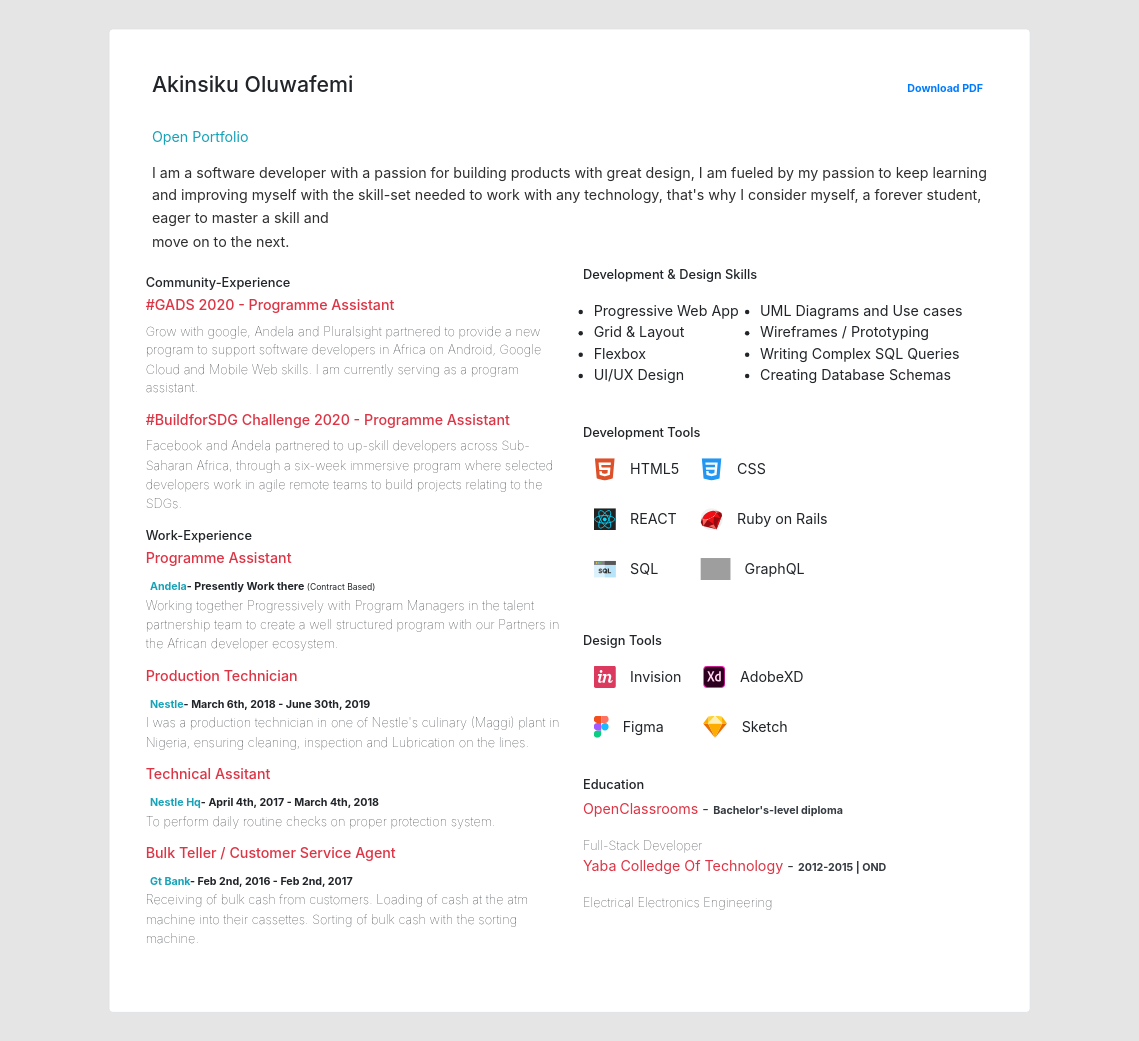
Repository: akinsikuoluwafemi/resume
Page: index.html
An editor plug-in stored every save of this project. The page is shown before and after the next save, followed by the edit.
The browser window is 1280 px wide. The pictures show the whole page, at 89% of full size.
Pictures or frames that could not be fetched are drawn as grey boxes. The style sheet was rebuilt from its Sass, Less or Tailwind sources for each picture, by a compiler version that may differ from the author's.

Above is the page before, as saved 2020-08-26 19:28:30.

### index.html
<!DOCTYPE html>
<html lang="en">

<head>
    <meta charset="UTF-8">
    <meta name="viewport" content="width=device-width, initial-scale=1.0">
    <meta http-equiv="X-UA-Compatible" content="ie=edge">
    <link rel="shortcut icon" type="image/png" href="./images/new-photo.png">

    <link rel="stylesheet" href="https://stackpath.bootstrapcdn.com/bootstrap/4.3.1/css/bootstrap.min.css" integrity="sha384-ggOyR0iXCbMQv3Xipma34MD+dH/1fQ784/j6cY/iJTQUOhcWr7x9JvoRxT2MZw1T"
        crossorigin="anonymous" />
    <link rel="stylesheet" href="./resume.css">

    <title>Akinsiku Oluwafemi - Software Developer</title>
</head>

<body>

   <div class="col-sm-12 col-lg-10 m-auto">
       <!--  -->
        <div class="p-c container border px-3 py-4 px-lg-5 py-lg-5 ">
            <header class="row">
                <div class="col d-flex align-items-center">
                    <h4 class="header__name mr-auto">Akinsiku Oluwafemi</h4>
                    <a href="./images/newresume.pdf" download="Femi_Akinsiku_resume.pdf" class="badge">Download PDF</a>
                </div>
            </header>
            <div class="row mt-4">
                <a href="https://femiakin.com/" target="_blank" class="col text-info">Open Portfolio</a>
            </div>

            <div class="row mt-3">
                <div class="col">
                    <p class="intro">I am a software developer with a passion for building products with great design, I am
                        fueled by my passion to keep learning and improving myself with the skill-set needed to work with
                        any
                        technology,
                        that's why I consider myself, a forever student, eager to master a skill and <br /> move on to the
                        next. </p>
                </div>
            </div>


            <div class="row">

                <div class="col col-lg-6 p-2  ">
                    <div>
                        <h5 class="item__header">Community-Experience</h5>

                        <h6 class="item__job text-danger">#GADS 2020 - Programme Assistant </h6>
                        <p class="item__description">Grow with google, Andela and Pluralsight partnered to provide a new
                            program to support
                            software developers in Africa on Android, Google Cloud and Mobile Web skills. I am currently
                            serving as a
                            program assistant.</p>

                    </div>

                    <div>



                        <h6 class="item__job text-danger">#BuildforSDG Challenge 2020 - Programme Assistant </h6>


                        <p class="item__description">Facebook and Andela partnered to up-skill developers across
                            Sub-Saharan
                            Africa,
                            through a six-week immersive program where selected developers work in agile remote
                            teams to build projects relating to the SDGs.
                        </p>

                    </div>




                    <!-- here -->
                    <div>
                        <h5 class="item__header">Work-Experience</h5>
                        <h6 class="item__job text-danger">Programme Assistant</h6>
                        <span class="badge"><span class="text-info">Andela</span>- Presently Work there <small>(Contract Based)</small></span>
                        <p class="item__description">Working together Progressively with Program Managers in the talent partnership team to create a well structured program with our Partners in the
                        African developer ecosystem.</p>

                    </div>
                    <div>
                        <h6 class="item__job text-danger">Production Technician</h6>
                        <span class="badge"><span class="text-info">Nestle</span>- March 6th, 2018 - June 30th, 2019 </span>
                        <p class="item__description">I was a production technician in one of Nestle's culinary (Maggi)
                            plant in
                            Nigeria,
                            ensuring cleaning, inspection and Lubrication on the lines.</p>

                    </div>
                    <div>
                        <h6 class="item__job text-danger">Technical Assitant</h6>
                        <span class="badge"><span class="text-info">Nestle Hq</span>- April 4th, 2017 - March 4th, 2018</span>
                        <p class="item__description">To perform daily routine checks on proper protection system.
                        </p>

                    </div>
                    <div>
                        <h6 class="item__job text-danger">Bulk Teller / Customer Service Agent</h6>
                        <span class="badge"><span class="text-info">Gt Bank</span>- Feb 2nd, 2016 - Feb 2nd, 2017 </span>
                        <p class="item__description">Receiving of bulk cash from customers.
                            Loading of cash at the atm machine into their cassettes.
                            Sorting of bulk cash with the sorting machine.</p>

                    </div>
                    <!-- here2 -->


                </div>
                <div class="col col-lg-6 ">

                    <div>
                        <h5 class="item__header ">Development & Design Skills</h5>
                        <div class="d-flex ">
                            <ul class="list__item">
                                <li>Progressive Web App</li>
                                <li>Grid & Layout</li>
                                <li>Flexbox</li>
                                <li>UI/UX Design</li>


                            </ul>
                            <ul class="list__item">
                                <li>UML Diagrams and Use cases</li>
                                <li>Wireframes / Prototyping</li>
                                <li>Writing Complex SQL Queries</li>
                                <li>Creating Database Schemas</li>



                            </ul>
                        </div>


                    </div>

                    <div class="item__container">
                        <h5 class="item__header">Development Tools</h5>
                        <div class="d-flex ">
                            <ul class="list__item">
                                <div class="d-flex  mb-3">
                                    <img src="./images/html5.svg" />
                                    <p class="ml-3">HTML5</p>
                                </div>
                                <div class="d-flex  mb-3">
                                    <img src="./images/react-1.svg" />
                                    <p class="ml-3">REACT</p>
                                </div>
                                <div class="d-flex ">
                                    <img src="./images/sql.svg" />
                                    <p class="ml-3">SQL</p>
                                </div>

                            </ul>
                            <ul class="list__item ">
                                <div class="d-flex  mb-3">
                                    <img src="./images/css-3.svg" />
                                    <p class="ml-3">CSS</p>
                                </div>
                                <div class="d-flex  mb-3">
                                    <img src="./images/ruby.svg" />
                                    <p class="ml-3">Ruby on Rails</p>
                                </div>
                                <div class="d-flex ">
                                    <img src="./images/graphql-icon.svg" />
                                    <p class="ml-3">GraphQL</p>
                                </div>


                            </ul>
                        </div>


                    </div>

                    <!-- here -->

                    <div class="item__contain">
                        <h5 class="item__header">Design Tools</h5>
                        <div class="d-flex ">
                            <ul class="list__item">
                                <div class="d-flex mb-3">
                                    <img src="./images/invision.svg" />
                                    <p class="ml-3">Invision</p>
                                </div>
                                <div class="d-flex ">
                                    <img src="./images/figma-1.svg" />
                                    <p class="ml-3">Figma</p>
                                </div>

                            </ul>
                            <ul class="list__item ">
                                <div class="d-flex  mb-3 ">
                                    <img src="./images/adobe-xd-1.svg" />
                                    <p class="ml-3">AdobeXD</p>
                                </div>
                                <div class="d-flex ">
                                    <img src="./images/sketch-2.svg" />
                                    <p class="ml-3">Sketch</p>
                                </div>


                            </ul>
                        </div>


                    </div>
                    <div class="edu">
                        <h5 class="item__header">Education</h5>
                        <p paragraph><a href="https://www.francecompetences.fr/recherche/rncp/27099/" class="text-danger text-info">OpenClassrooms
                            <span class="text-dark">-</span><span class="badge text-dark">Bachelor's-level diploma</span></a></p>

                        <span class="item__description "><a style="color: #212529" href="https://openclassrooms.com/en/paths/104-full-stack-developer">Full-Stack Developer</a></span>

                        <p class="text-danger paragraph pt-2">Yaba Colledge Of Technology <span class="text-dark">-</span><span class="badge text-dark">2012-2015
                                | OND</span></p>
                        <span class="item__description ">Electrical Electronics Engineering</span>


                    </div>



                </div>

            </div>


        </div>

        <!--  -->
   </div>










    <script src="https://code.jquery.com/jquery-3.3.1.slim.min.js" integrity="sha384-q8i/X+965DzO0rT7abK41JStQIAqVgRVzpbzo5smXKp4YfRvH+8abtTE1Pi6jizo"
        crossorigin="anonymous"></script>
    <script src="https://cdnjs.cloudflare.com/ajax/libs/popper.js/1.14.7/umd/popper.min.js" integrity="sha384-UO2eT0CpHqdSJQ6hJty5KVphtPhzWj9WO1clHTMGa3JDZwrnQq4sF86dIHNDz0W1"
        crossorigin="anonymous"></script>
    <script src="https://stackpath.bootstrapcdn.com/bootstrap/4.3.1/js/bootstrap.min.js" integrity="sha384-JjSmVgyd0p3pXB1rRibZUAYoIIy6OrQ6VrjIEaFf/nJGzIxFDsf4x0xIM+B07jRM"
        crossorigin="anonymous"></script>
</body>

</html>

### resume.scss


body {
    background-color: #E5E5E5;

    -webkit-font-smoothing: antialiased;
  -moz-osx-font-smoothing: grayscale;
}

.container {
    margin: 2rem auto;
    background-color: white;
    border-radius: .3rem;
}

.intro {
    font-size: 1rem;
    color: rgba(0,0,0,0.82);
    line-height: 1.6rem;
}


.text-info:hover{
    text-decoration: none;
}

img {
    height: 25px;
}



.item {

     &__contain {
        margin-bottom: 0rem;
        // background: red;
    }

    &__container {
        margin: 1rem 0!important;
    }

    &__dev {
         font-size: .9rem;
        margin-bottom: 1rem;
    }

    &__header {
        font-size: .9rem;
        margin-bottom: .5rem;
    }

    &__description {
        font-weight: 100;
        font-size: .9rem;
    }

}


.list__item {
    padding: 12px;
}

@media (max-width: 576px) {
    br {
        display: none;
    }
 }

 .paragraph {
   padding: 0!important;
 }

After the next save:
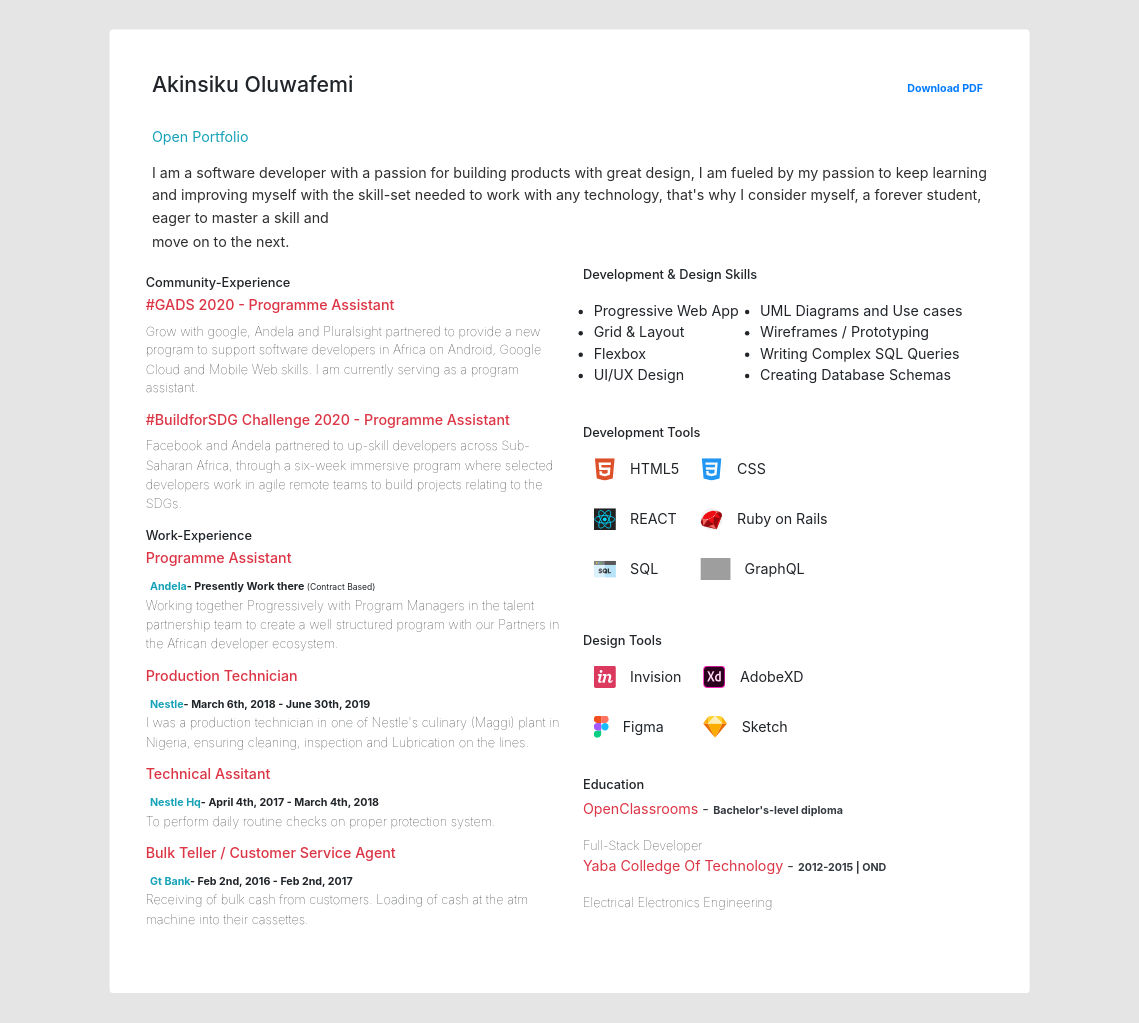
Saved 16 s later.
--- a/index.html
+++ b/index.html
@@ -105,7 +105,7 @@
                         <span class="badge"><span class="text-info">Gt Bank</span>- Feb 2nd, 2016 - Feb 2nd, 2017 </span>
                         <p class="item__description">Receiving of bulk cash from customers.
                             Loading of cash at the atm machine into their cassettes.
-                            Sorting of bulk cash with the sorting machine.</p>
+                            </p>
 
                     </div>
                     <!-- here2 -->
